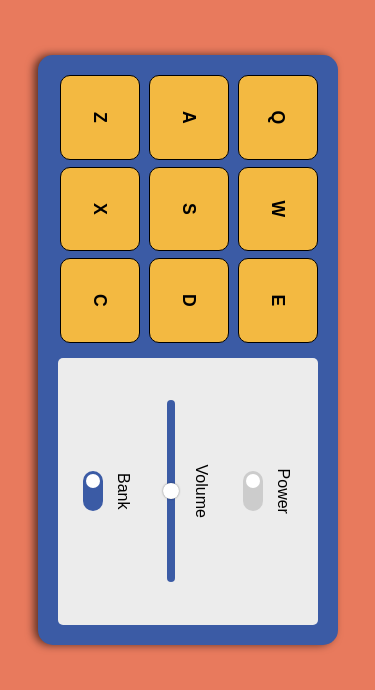
Repository: alfredoleano/drum-machine
Page: /
An editor plug-in stored every save of this project. The page is shown before and after the next save, followed by the edit.
The browser window is 375 px wide. The pictures show the whole page.
The project was rebuilt for these pictures with package versions that can differ from the ones it lists, and the page was loaded fresh each time.

Above is the page before, as saved 2024-06-14 13:23:35.

### src/App.js
import { useCallback, useEffect, useState } from 'react';
import './App.css';
import './styles.scss';

function App() {
  const bank1 = {
    Q: 'sounds/Heater-1.mp3',
    W: 'sounds/Heater-2.mp3',
    E: 'sounds/Heater-3.mp3',
    A: 'sounds/Heater-4_1.mp3',
    S: 'sounds/Heater-6.mp3',
    D: 'sounds/Dsc_Oh.mp3',
    Z: 'sounds/Kick_n_Hat.mp3',
    X: 'sounds/RP4_KICK_1.mp3',
    C: 'sounds/Cev_H2.mp3'
  };

  const bank2 = {
    Q: 'sounds/piano.mp3',
    W: 'sounds/jazz.wav',
    E: 'sounds/bangu.wav',
    A: 'sounds/num.wav',
    S: 'sounds/stroke.wav',
    D: 'sounds/cymbals.wav',
    Z: 'sounds/tom.wav',
    X: 'sounds/kick.wav',
    C: 'sounds/snare.wav'
  };

  const [volume, setVolume] = useState(50); // initial sound value
  const [power, setPower] = useState(false); //initial power volume
  const [bank, setBank] = useState(bank1); // initial bank value
  const [isBank1, setIsBank1] = useState(true); // initial bank toggle state

  // Function to change volume
  const changeVolume = (event) => {
    setVolume(event.target.value); // Update the state with current value of the volume slider
  };

  // Function to toggle power
  const togglePower = () => {
    setPower(!power);
  };

  // Function to switch Banks
  const toggleBank = () => {
    setBank(isBank1 ? bank2 : bank1);
    setIsBank1(!isBank1);
  }

  // Function to play sound
  const playSound = useCallback((id) => {
    if(!power) return; // Check if the power is on
    const audio = new Audio(bank[id]);
    audio.volume = volume / 100; // initial sound volume
    audio.currentTime = 0; // Set audio to beginning
    audio.play();
  }, [power, volume, bank]);

  // Use useEffect to add event listener for keydown events
  useEffect(() => {
    // Make the approptiate key play the approptiate sound
    const handleKeydown = (event) => {
      const key = event.key.toUpperCase();
      if(['Q', 'W', 'E', 'A', 'S', 'D', 'Z', 'X', 'C'].includes(key)) {
        playSound(key);

        // Add active class to the button
        const button = document.getElementById(`button-${key}`);
        if(button) {
          button.classList.add('active');
        }
      }
    };

    const handleKeyup = (event) => {
      const key = event.key.toUpperCase();
      if (['Q', 'W', 'E', 'A', 'S', 'D', 'Z', 'X', 'C'].includes(key)) {
        // Remove active class from the button
        const button = document.getElementById(`button-${key}`);
        if (button) {
          button.classList.remove('active');
        }
      }
    };

    // Add keydown event listener
    window.addEventListener('keydown', handleKeydown);
    window.addEventListener('keyup', handleKeyup);

    // Cleanup event listener on component unmount
    return () => {
      window.removeEventListener('keydown', handleKeydown);
      window.removeEventListener('keyup', handleKeyup);
    };
  }, [playSound]);

  return (
    <div className="App">
      <div id='drum-machine'>
        <div id='display'>
          <div className='buttons-grid'>
            <button id="button-Q" onClick={() => playSound('Q')}>Q</button>
            <button id="button-W" onClick={() => playSound('W')}>W</button>
            <button id="button-E" onClick={() => playSound('E')}>E</button>
            <button id="button-A" onClick={() => playSound('A')}>A</button>
            <button id="button-S" onClick={() => playSound('S')}>S</button>
            <button id="button-D" onClick={() => playSound('D')}>D</button>
            <button id="button-Z" onClick={() => playSound('Z')}>Z</button>
            <button id="button-X" onClick={() => playSound('X')}>X</button>
            <button id="button-C" onClick={() => playSound('C')}>C</button>
          </div>

          <div className='controls'>
            <div className='settings'>
              <label>Power</label>
              {/* Rounded switch */}
              <label className="switch">
                <input type="checkbox" checked={power} onChange={togglePower}/>
                <span className="slider round"></span>
              </label>
            </div>

            <div className='settings'>
              <label>Volume</label>
              <input
                type='range'
                min={0}
                max={100}
                value={volume}
                onChange={changeVolume}
                className='blue'
              />
            </div>

            <div className='settings'>
              <label>Bank</label>
              <label className="switch">
                <input type="checkbox" checked={!isBank1} onChange={toggleBank}/>
                <span className="slider bank"></span>
              </label>
            </div>
          </div>
        </div>
      </div>
    </div>
  );
}

export default App;

### src/styles.scss
$primary-color: #E87A5D;
$secondary-color: #F3B941;
$tertiary-color: #3B5BA5;

/* Apply box-sizing: border-box globally */
*,
*::before,
*::after {
  box-sizing: border-box;
}

body {
  box-sizing: border-box;
  font-family: Arial, sans-serif;
  background-color: $primary-color;
  margin: 0;
  padding: 0;
  height: 100vh;
  // display: flex;
  // align-items: center;
  // justify-content: center;
}

#drum-machine {
  width: 100vw;
  height: 100vh;
  display: flex;
  align-items: center;
  justify-content: center;
  // background-color: greenyellow;
}

#display {
  background-color: $tertiary-color;
  width: 85%;
  max-width: 590px;
  margin: 30px auto;
  padding: 20px;
  border-radius: 15px;
  box-shadow: 0 4px 8px rgba(0, 0, 0, 0.6); /* Subtle shadow */
  display: grid;
  grid-template-columns: 1fr 1fr;
  grid-auto-columns: min-content;
  gap: 15px;
}

.buttons-grid {
  display: grid;
  grid-template-columns: repeat(3, 1fr);
  grid-template-rows: repeat(3, 1fr);
  gap: 7px;
  width: 100%;
}

.buttons-grid button {
  width: 100%px;
  height: 80px;
  // width: 100%;
  // height: 100%;
  border-radius: 10px;
  border: 1px solid #000;
  // border: none;
  font-weight: 800;
  font-size: 1.1rem;
  cursor: pointer;
  outline: none;
  background-color: #F3B941;
}

.buttons-grid button:active {
  background-color: #f1c979;
}

// For keydown event
.buttons-grid button.active {
  background-color: #f1c979;
}

.controls {
  padding: 10px;
  width: 100%;
  display: flex;
  align-items: center;
  justify-content: center;
  flex-direction: column;
  border-radius: 5px;
  background-color: #ececec;
}

.settings {
  display: flex;
  flex-direction: column;
  justify-content: space-around;
  align-items: center;
  padding: 10px;
  height: 35%;
  width: 100%;
}


/********************* Rounded switch styling ***********************/

/* The switch - the box around the slider */
.switch {
  position: relative;
  display: inline-block;
  width: 40px;
  height: 20px;
  // margin-top: 5px;
}

/* Hide default HTML checkbox */
.switch input {
  opacity: 0;
  width: 0;
  height: 0;
}

/* The slider */
.slider {
  position: absolute;
  cursor: pointer;
  top: 0;
  left: 0;
  right: 0;
  bottom: 0;
  background-color: #ccc;
  -webkit-transition: .4s;
  transition: .4s;
  border-radius: 25px;
}

.slider.bank {
  background: $tertiary-color;
}

.slider:before {
  position: absolute;
  content: "";
  height: 14px;
  width: 14px;
  left: 3px;
  bottom: 3px;
  background-color: white;
  -webkit-transition: .4s;
  transition: .4s;
  border-radius: 50%;
}

input:checked + .slider {
  background-color: $tertiary-color;
}

input:focus + .slider {
  box-shadow: 0 0 1px $tertiary-color;
}

input:checked + .slider:before {
  -webkit-transform: translateX(20px);
  -ms-transform: translateX(20px);
  transform: translateX(20px);
}

/* Rounded sliders */
.slider.round {
  border-radius: 34px;
}

.slider.round:before {
  border-radius: 50%;
}


/********************* Volume slider styling ***********************/
/* Style the range input */
input[type="range"] {
  appearance: none; /* Standard property */
  -webkit-appearance: none; /* WebKit browsers (Chrome, Safari, iOS) */
  -moz-appearance: none; /* Firefox */
  -ms-appearance: none; /* Internet Explorer and Edge */
  width: 80%;
  height: 8px; /* Adjust height as needed */
  background: $tertiary-color; /* Track color */
  border-radius: 5px;
  outline: none;
  opacity: 1;
  transition: opacity .2s;
}

/* Style the thumb for WebKit browsers (e.g., Chrome, Safari) */
input[type="range"]::-webkit-slider-thumb {
  -webkit-appearance: none; /* Remove default styling */
  appearance: none;
  width: 16px; /* Adjust thumb width as needed */
  height: 16px; /* Adjust thumb height as needed */
  background: #ffffff; /* Thumb color */
  border-radius: 50%; /* Make thumb round */
  cursor: pointer;
  box-shadow: 0 0 2px rgba(0, 0, 0, 0.5);
}


/* Style the thumb for Firefox */
input[type="range"]::-moz-range-thumb {
  -moz-appearance: none; /* Remove default styling */
  appearance: none; /* Standard property */
  width: 16px; /* Adjust thumb width as needed */
  height: 16px; /* Adjust thumb height as needed */
  background: #ffffff; /* Thumb color */
  border-radius: 50%; /* Make thumb round */
  cursor: pointer;
  box-shadow: 0 0 2px rgba(0, 0, 0, 0.5);
}

/* Style the thumb for Internet Explorer */
input[type="range"]::-ms-thumb {
  -ms-appearance: none; /* Remove default styling */
  appearance: none; /* Standard property */
  width: 16px; /* Adjust thumb width as needed */
  height: 16px; /* Adjust thumb height as needed */
  background: #ffffff; /* Thumb color */
  border-radius: 50%; /* Make thumb round */
  cursor: pointer;
  box-shadow: 0 0 2px rgba(0, 0, 0, 0.5);
}

/* Style the track for Internet Explorer */
input[type="range"]::-ms-track {
  width: 75%;
  height: 8px; /* Adjust height as needed */
  background: $tertiary-color; /* Track color */
  border-color: transparent;
  color: transparent;
  border-radius: 5px;
}

/******************** Mobile Design **********************/
@media screen and (max-width: 490px) {
  // body {
  //   display: flex;
  //   justify-content: center;
  //   align-items: center;
  // }

  // #drum-machine {
  //   height: 100vh;
  //   width: 100vw;
  //   // background-color: pink;
  // }

  // #display {
  //   width: 700px;
  //   height: 85vw;
  //   transform: rotate(90deg);
  //   transform-origin: center;
  // }

  body {
    display: flex;
    justify-content: center;
    align-items: center;
    overflow: scroll; /* Prevents scrollbars from appearing */
  }

  #drum-machine {
    height: 100vh;
    width: 100vw;
    position: relative; /* Allows child absolute positioning */
    // background-color: pink;
  }

  #display {
    position: absolute;
    width: 85vh; /* Adjusted width to fit within viewport height when rotated */
    height: 80vw; /* Adjusted height to fit within viewport width when rotated */
    left: 50%; /* Centers the element horizontally */
    top: 40%;  /* Centers the element vertically */
    transform: translate(-50%, -50%) rotate(90deg); /* Adjusts positioning and rotates */
    transform-origin: center center;
  }
}

Loaded but not shown: public/index.html (common file); src/index.js (common file); src/index.css (common file); src/reportWebVitals.js (common file); src/App.css (common file)

After the next save:
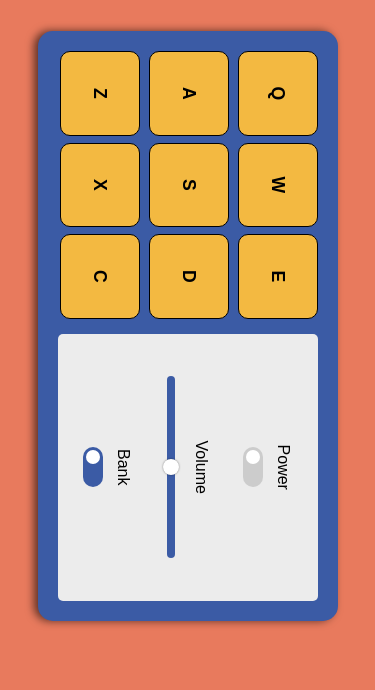
Saved 6 s later.
--- a/src/styles.scss
+++ b/src/styles.scss
@@ -274,7 +274,7 @@ input[type="range"]::-ms-track {
     width: 85vh; /* Adjusted width to fit within viewport height when rotated */
     height: 80vw; /* Adjusted height to fit within viewport width when rotated */
     left: 50%; /* Centers the element horizontally */
-    top: 40%;  /* Centers the element vertically */
+    top: 37%;  /* Centers the element vertically */
     transform: translate(-50%, -50%) rotate(90deg); /* Adjusts positioning and rotates */
     transform-origin: center center;
   }
